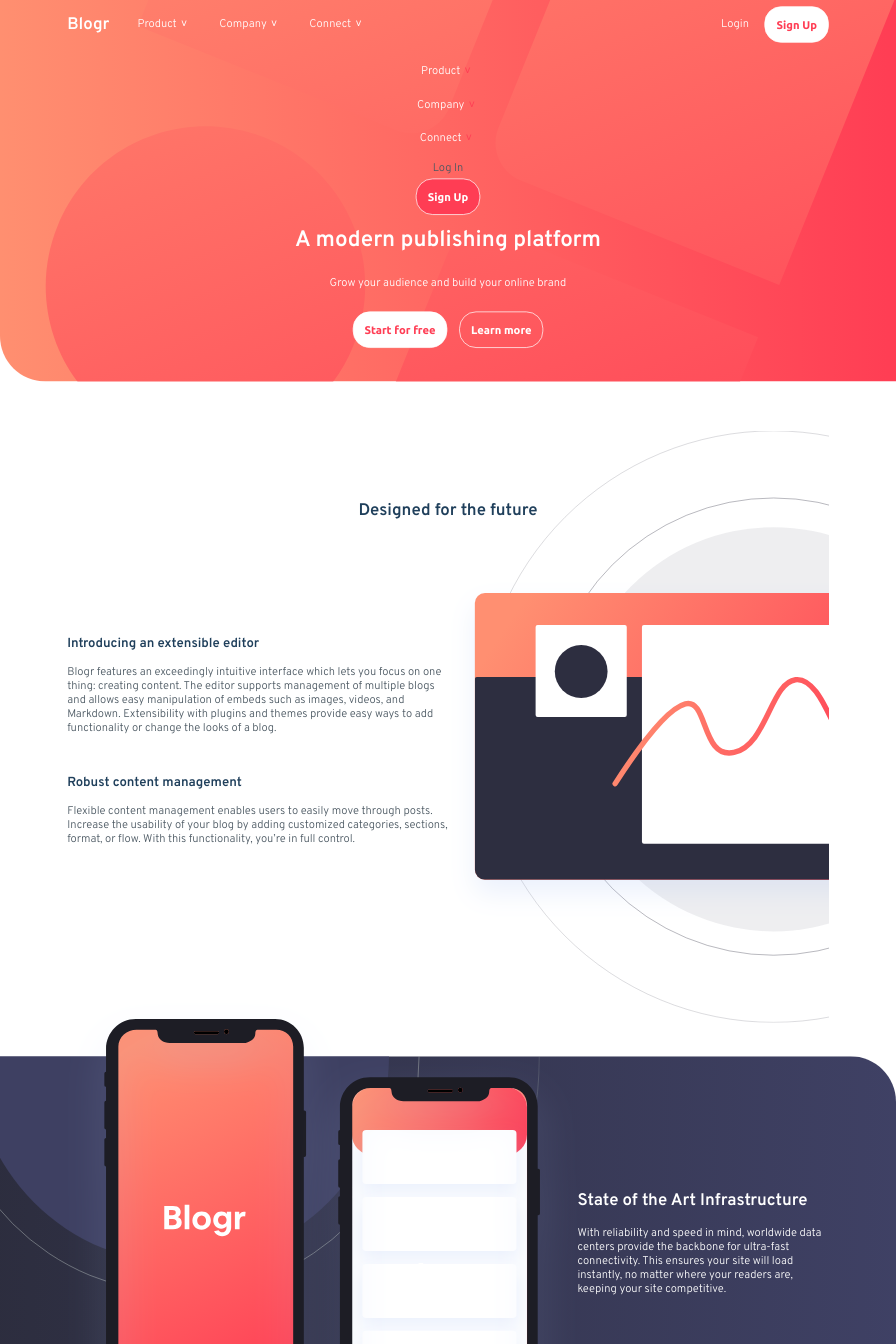
Repository: Ejiro-Oke/Blogr
Page: blogr.html
The author's editor kept a copy of each file at every save. The page is drawn from the files as they stood at one save, then again after a run of saves.
The browser window is 1280 px wide. The pictures show the part of the page from y = 0 to 1920 px (the page is 3307 px tall before and 3355 px after), at 70% of full size.

Above is the page before, as saved 2021-04-17 00:11:57.

After the next 2 saves:
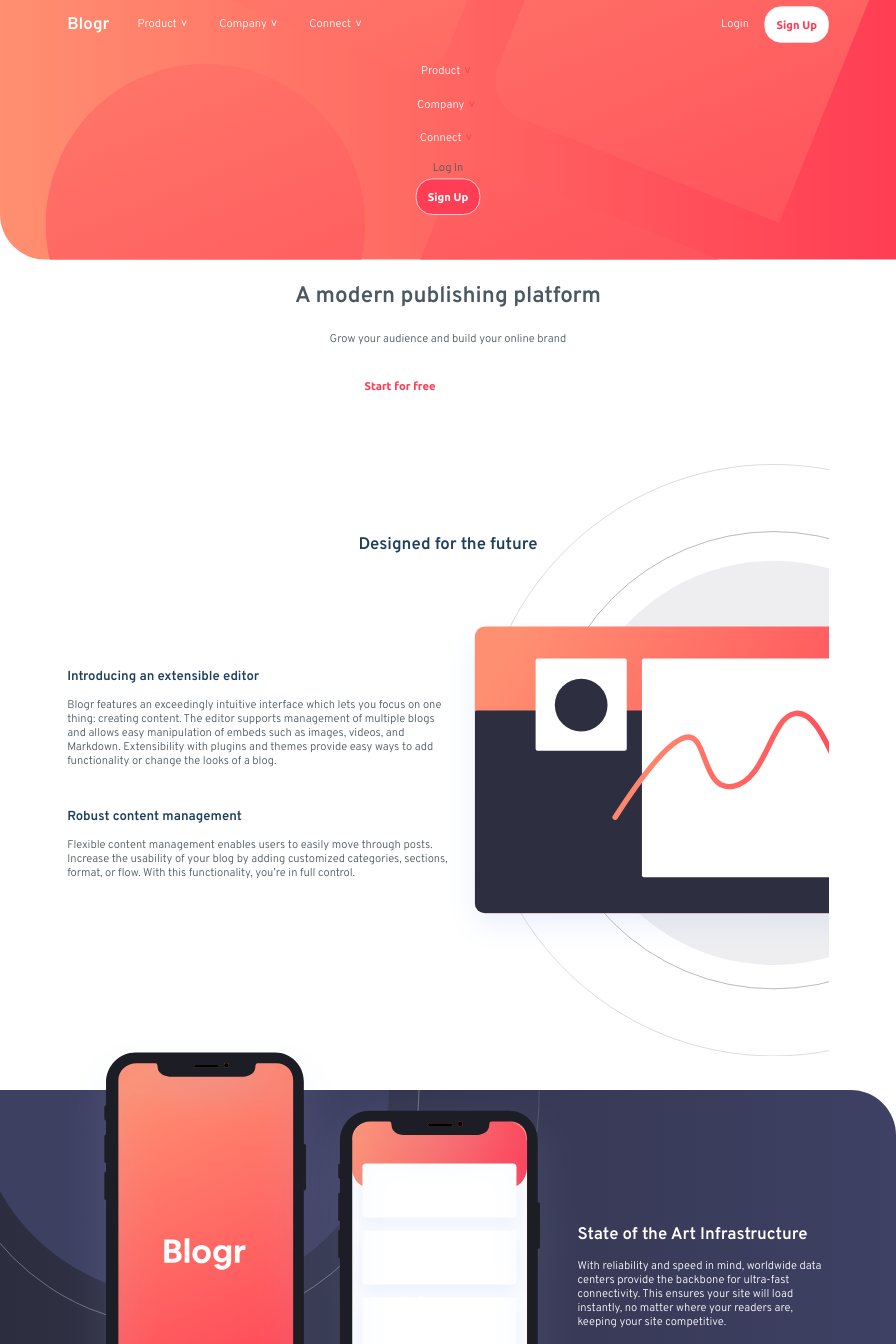
The 2 saves are shown as one change because they came seconds apart.
The last was saved 8 s later.
--- a/blogr.html
+++ b/blogr.html
@@ -120,7 +120,7 @@
         </div>
     </div>
     </div> <!---close container flex/ nav-bar-->
-<d
+</header>
         <div class="container hero">
             <h1>A modern publishing platform</h1>
             <p>Grow your audience and build your online brand</p>
